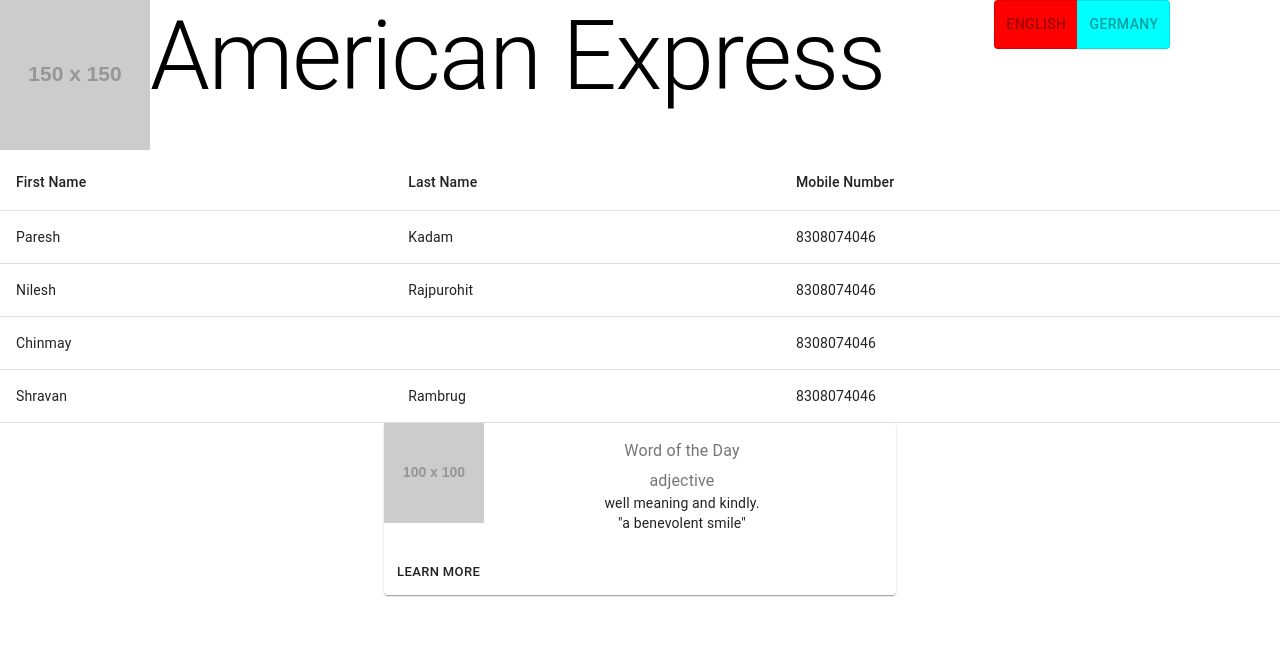
Repository: tavisca-pkadam/contentful-example
Page: /
An editor plug-in stored every save of this project. The page is shown before and after a run of saves, followed by the edit.
The browser window is 1280 px wide. The pictures show the whole page.
The project was rebuilt for these pictures with package versions that can differ from the ones it lists, and the page was loaded fresh each time.

Above is the page before, as saved 2019-09-24 10:36:33.

After the next 2 saves:
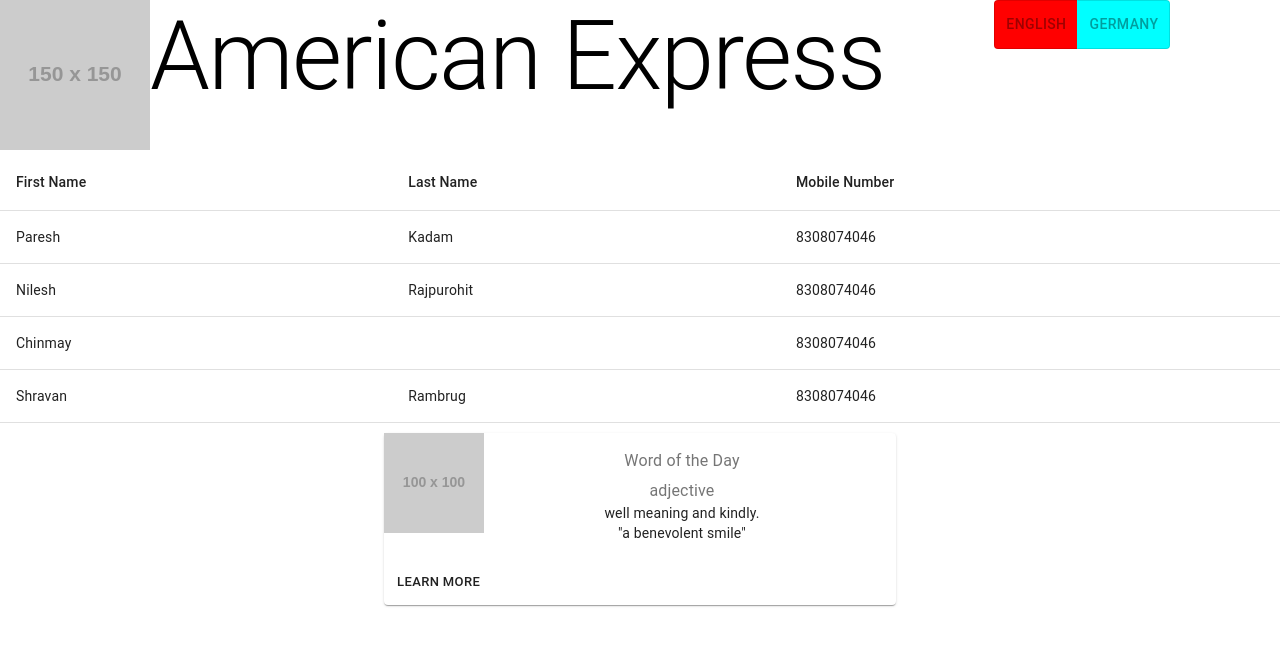
The 2 saves are shown as one change because they came seconds apart.
The last was saved 16 s later.
--- a/src/components/Content/Banner.js
+++ b/src/components/Content/Banner.js
@@ -12,7 +12,7 @@
         <div >
             <center>
 
-         <Paper style={{width:"40%"}}>
+         <Paper style={{width:"40%", marginTop:"10px"}}>
          <img src="https://via.placeholder.com/100" style={{float:"left"}}/>
 
       <CardContent>
